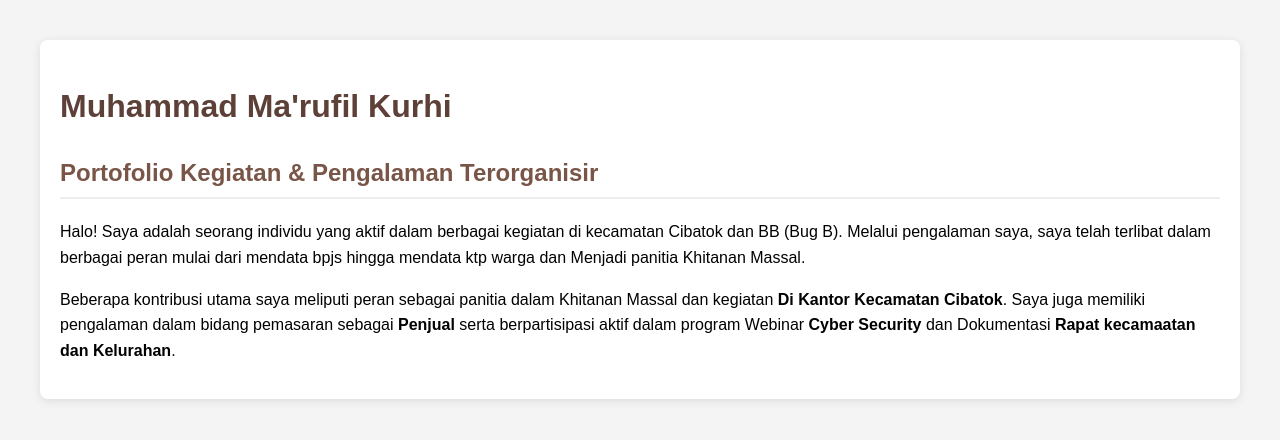
Repository: rufi1126/241552010002-Web-Application-Development
Page: p-2/latihan1.html
An editor plug-in stored every save of this project. The page is shown before and after a run of saves, followed by the edit.
The browser window is 1280 px wide. The pictures show the whole page.

Above is the page before, as saved 2026-02-27 17:32:15.

After the next 2 saves:
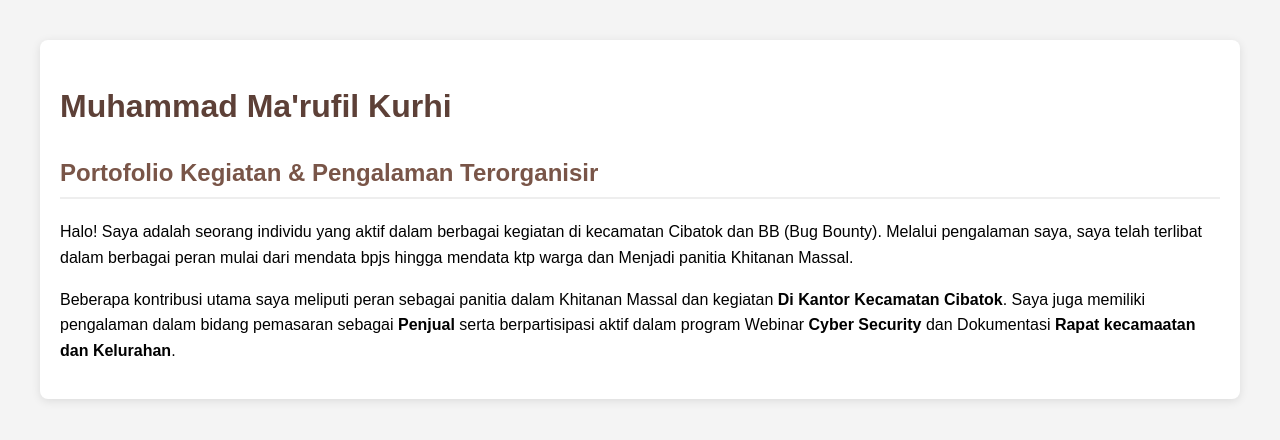
The 2 saves are shown as one change because they came seconds apart.
The last was saved 9 s later.
--- a/p-2/latihan1.html
+++ b/p-2/latihan1.html
@@ -34,7 +34,7 @@
         <h2>Portofolio Kegiatan & Pengalaman Terorganisir</h2>
 
         <p>
-            Halo! Saya adalah seorang individu yang aktif dalam berbagai kegiatan di kecamatan Cibatok dan BB (Bug B).
+            Halo! Saya adalah seorang individu yang aktif dalam berbagai kegiatan di kecamatan Cibatok dan BB (Bug Bounty).
             Melalui pengalaman saya, saya telah terlibat dalam berbagai peran mulai dari mendata bpjs
             hingga mendata ktp warga dan Menjadi panitia Khitanan Massal.
         </p>
